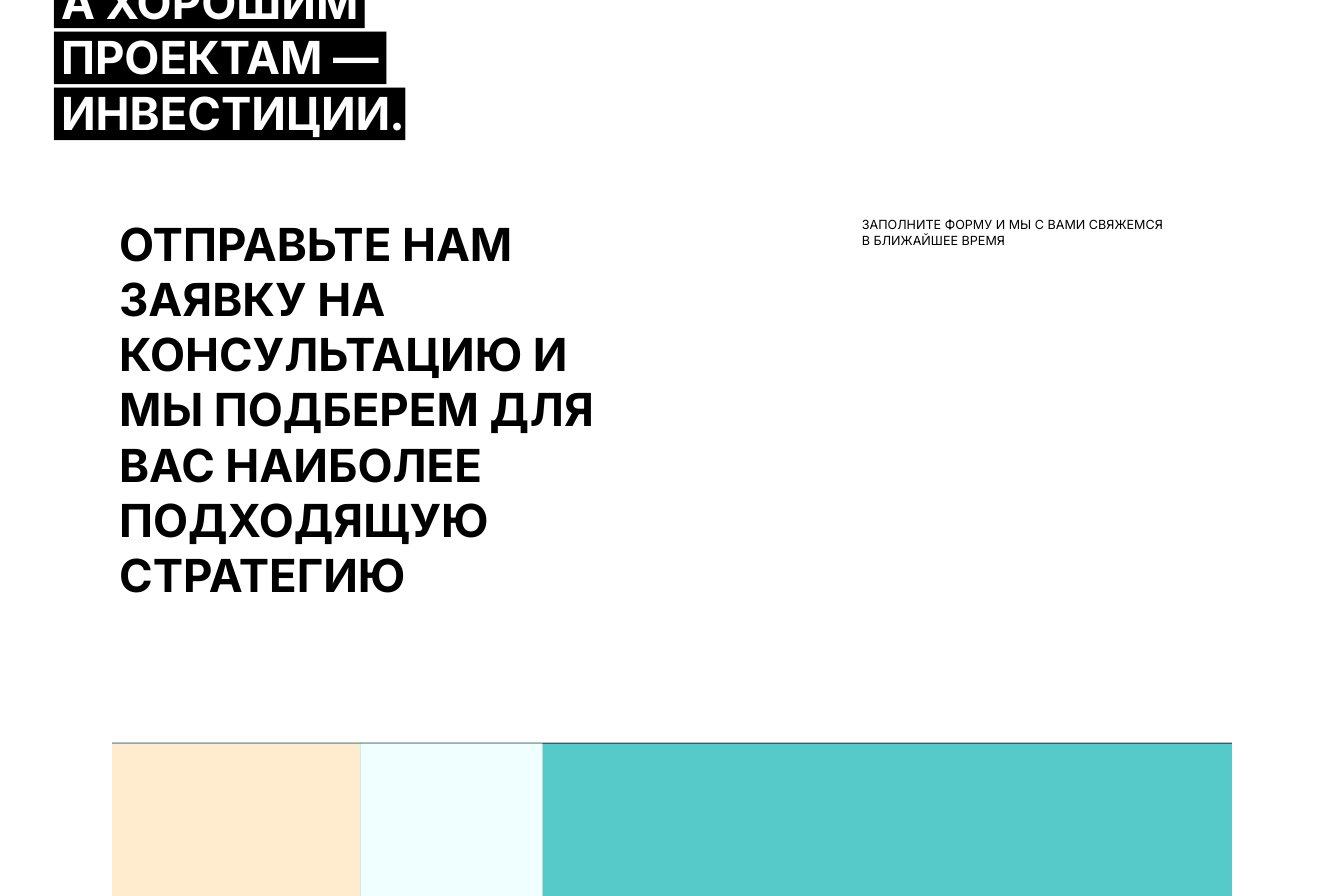
Repository: NadyaKorvin/frontiers
Page: /
The author's editor kept a copy of each file at every save. The page is drawn from the files as they stood at one save, then again after the next save.
The browser window is 1280 px wide. The page is 1920 px wide, so the pictures cover 1920 px, including what lies to the right of the window. The pictures show the part of the page from y = 1353 to 2633 px (the page is 2633 px tall), at 70% of full size.
The project was rebuilt for these pictures with package versions that can differ from the ones it lists, and the page was loaded fresh each time.

Above is the page before, as saved 2022-05-23 14:37:20.

After the next save:
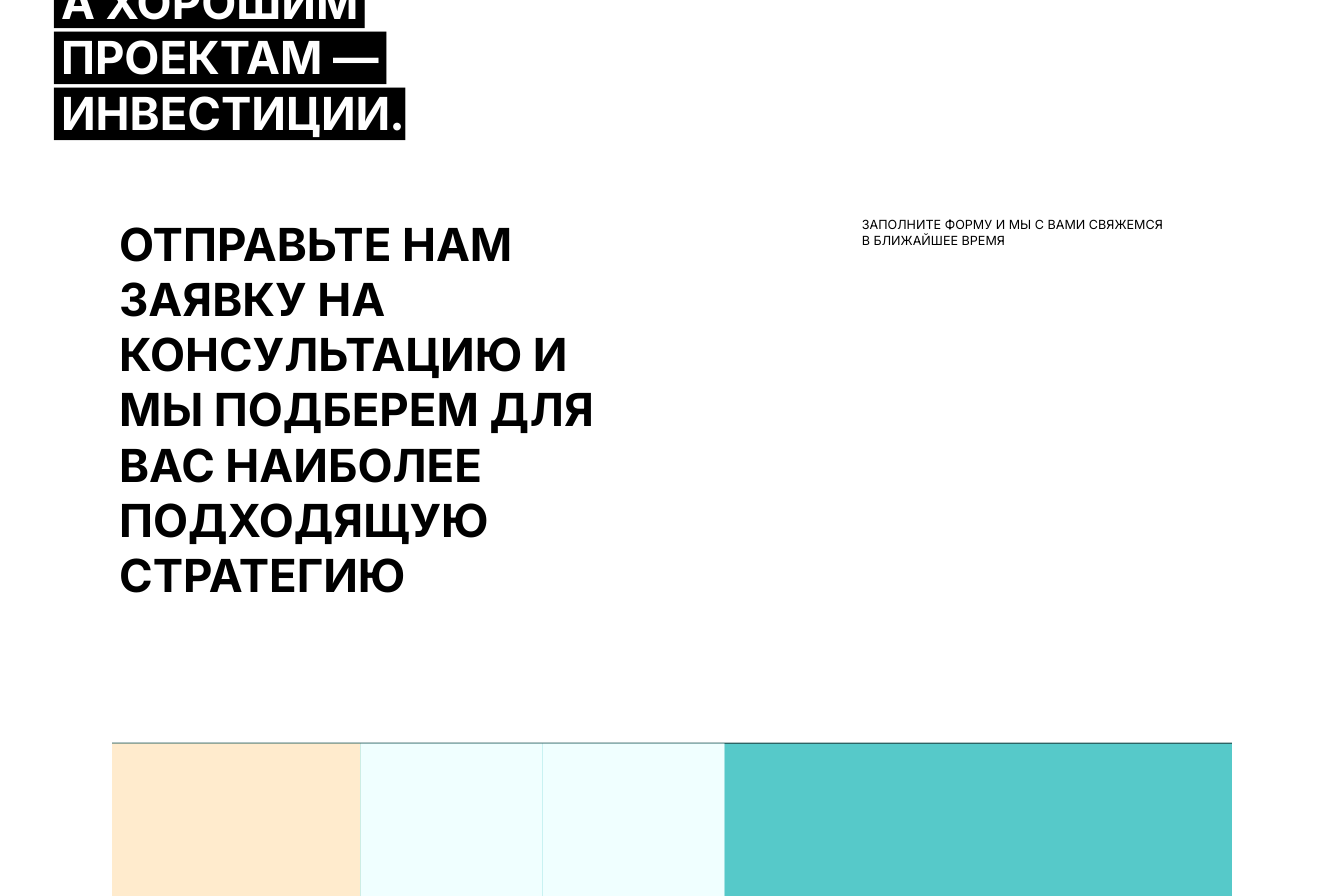
Saved 6 s later.
--- a/src/components/lastScreen/LastScreen.module.css
+++ b/src/components/lastScreen/LastScreen.module.css
@@ -71,5 +71,7 @@
 }
 
 .frontiers {
-
+    width: 260px;
+    height: 218px;
+    background-color: azure;
 }
